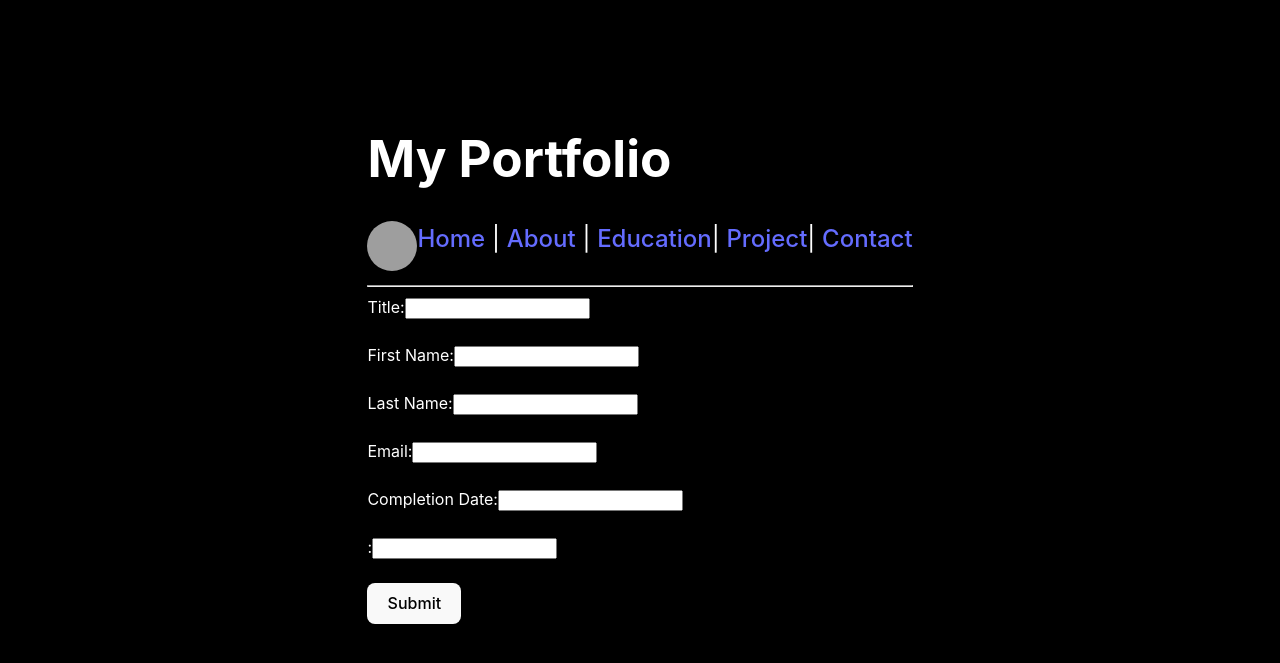
Repository: aislandmin/Personal-Portfolio-Express-MongoDB
Page: /project (app in client/)
These files come from the project's save history. The page is drawn as it stood at one moment and after the next save; the edit follows.
The browser window is 1280 px wide. The pictures show the whole page.
Pictures or frames that could not be fetched are drawn as grey boxes. The project was rebuilt for these pictures with package versions that can differ from the ones it lists, and the page was loaded fresh each time. Also part of the build but not shown: client/vite.config.js, client/components/Home.jsx, client/src/about.css, client/src/about.jsx, client/contact/api-contact.js, client/src/contact.jsx, client/qualification/api-qualification.js, client/src/education.jsx.

Above is the page before, as saved 2024-10-12 00:54:24.

### client/src/App.jsx
import React from 'react';
import { BrowserRouter as Router } from 'react-router-dom';
//import { ThemeProvider } from '@material-ui/styles';
import MainRouter from '../MainRouter';
//import Contact from './contact'
//import theme from '../theme';
//import { hot } from 'react-hot-loader'
const App = () => {
 return (
 <Router>

 <MainRouter />

 </Router>
 );
};
export default App;

### client/src/index.css
:root {
  font-family: Inter, system-ui, Avenir, Helvetica, Arial, sans-serif;
  line-height: 1.5;
  font-weight: 400;

  color-scheme: light dark;
  color: rgba(255, 255, 255, 0.87);
  background-color: #242424;

  font-synthesis: none;
  text-rendering: optimizeLegibility;
  -webkit-font-smoothing: antialiased;
  -moz-osx-font-smoothing: grayscale;
}

a {
  font-weight: 500;
  color: #646cff;
  text-decoration: inherit;
}
a:hover {
  color: #535bf2;
}

body {
  margin: 0;

  place-items: center;
  min-width: 320px;
  min-height: 100vh;
  background-color:black;
  color:white;
  align-content: center;
}

h1 {
  font-size: 3.2em;
  line-height: 1.1;
}

button {
  border-radius: 8px;
  border: 1px solid transparent;
  padding: 0.6em 1.2em;
  font-size: 1em;
  font-weight: 500;
  font-family: inherit;
  background-color: #1a1a1a;
  cursor: pointer;
  transition: border-color 0.25s;
}
button:hover {
  border-color: #646cff;
}
button:focus,
button:focus-visible {
  outline: 4px auto -webkit-focus-ring-color;
}

@media (prefers-color-scheme: light) {
  :root {
    color: #213547;
    background-color: #ffffff;
  }
  a:hover {
    color: #747bff;
  }
  button {
    background-color: #f9f9f9;
  }
}

nav {
float:right;
font-size:x-large;

}






.bg{
  position:absolute;
  top: -4em;
  right: 0;
  z-index: -1;
  object-fit: cover;
  height: 100vh;

}

.introContent {
  height: 100vh;
  width: 100vw;
  padding: 3em;
  padding-top: 1em;
  font-size: 3em;
  font-weight: 700;

  justify-content: center;
}

.hello {
  font-size: 1.75rem;
  font-weight:100px;
}

.introName {
  color: Blue;
}


.introPara {
  font-size: 40px;
  font-weight: 100;
}

.btn {
  background: white;
  margin: 1rem 0;
  padding: 0.75rem 1.5rem;
  border: none;
  border-radius: 2rem;
}


.btnImg{
  object-fit: cover;
  margin: 0 0.25rem;
  height: 1rem;
}

@media screen and (max-width:480px){
  .bg {
    right: -20vw
  }
}

img{
border-radius: 90%;
size: 40px;

}

html{
  scroll-behavior: smooth;
  overflow-x: hidden;
  overflow-y: scroll;
  margin-left: auto;
  margin-right: auto;
}

### client/MainRouter.jsx
import React from 'react'
import { Route, Routes } from 'react-router-dom'
import Home from './components/Home'
import About from './src/about'
import Contact from './src/contact'
import Education from './src/education'
import Project from './src/project'
import Layout from './components/layout'
const MainRouter = () => {
 return (<div>
 <Layout/>
 <Routes>

<Route exact path="/" element={<Home />} />
<Route exact path="/about" element={<About />} />
<Route exact path="/education" element={<Education />} />
<Route exact path="/project" element={<Project />} />
<Route exact path="/contact" element={<Contact />} />

 </Routes>
 </div>
 )
}
export default MainRouter

### client/src/project.jsx
/*import project1 from '../src/assets/project1.png';
import project2 from '../src/assets/project2.jpg';
import project3 from '../src/assets/project3.jpg';
import project4 from '../src/assets/project4.jpg';
import project5 from '../src/assets/project5.jpg';
import project6 from '../src/assets/project6.jpg';
import { Link } from 'react-router-dom';
import '../src/index.css'
import '../src/project.css'
import projectn2 from '../src/assets/projectn2.jfif';
export default function Project() {
     return <>

     <section id="works">

          <h2 className="worksTitle">Projects</h2>
          <div>
    <img src={projectn2} alt="contact1" className="worksImg"  width="1500px" height="80px"/><br/><br/>
    </div>
          <span className="worksDesc">I take pride in paying attention to the smallest details and making sure my work is pixel perfect/
          I am excited to bring my skills and experience to help businesses achieve their goals and create a strong online presence.</span>
          <div className="worksImgs">
                   <img src={project1} alt="project1" className="worksImg" /><br/><br/>
                   <img src={project2} alt="project2" className="worksImg" /><br/><br/>
                   <img src={project3} alt="project3" className="worksImg" /><br/><br/>
                   <img src={project4} alt="project4" className="worksImg" /><br/><br/>
                   <img src={project5} alt="project5" className="worksImg" /><br/><br/>
                   <img src={project6} alt="project6" className="worksImg" /><br/><br/>


               </div>
               <form id="ppy">

                    <label htmlFor="myTitle"> *Title: </label>
				<input type="text" id="myTitle" name="myTitle" required="required" autoFocus /> <br /> <br />


				<label htmlFor="myFName"> *First Name: </label>
				<input type="text" id="myFName" name="myFName" required="required" autoFocus /> <br /> <br />

				<label htmlFor="myLName"> *Last Name: </label>
				<input type="text" id="myLName" name="myLName" required="required" /> <br /> <br />


				<label htmlFor="myEmail"> *Email: </label>
				<input type="email" id="myEmail" name="myEmail" required="required" /> <br /> <br />

                    <label htmlFor="myDate"> *Completion Date: </label>
				<input type="date" id="myDate" name="myDate" required="required" /> <br /> <br />

                    <label htmlFor="myDescription"> *Description: </label>
				<input type="text" id="myDescription" name="myDescription" required="required" /> <br /> <br />

				<input type="submit" className="submit" value="Submit" /> <br />


		</form>
         <br/>
          <button className="workBtn">See More</button>


     </section>


     </>
    }
    */
    import React, { useState } from "react";
    import { useForm } from "react-hook-form";
    import {create} from '../project/api-project.js'

    export default function Project() {
      const [values, setValues] = useState({
          title:"",
        firstname: "",
        lastname: "",
        email: "",
        completion:"",
        description:""
        //error: "",
        //redirectToReferrer: false,
      });

      // Destructuring methods from react-hook-form
      const { register, handleSubmit, formState: { errors } } = useForm();

      // Submission function for the form
      const submitForm = () => {
        // Logging form values on submit
        const project = {
          firstname: values.firstname || undefined,
          lastname: values.lastname || undefined,
          email: values.email || undefined,
          completion: values.email || undefined,
          description: values.email || undefined,
          //error: values.error || undefined,
          //redirectToReferrer: values.redirectToReferrer || undefined,
        };

        console.log(project);
        create(project);

        // Optionally, set the values state here if you need to update it

      };

      const handleChange = name => event => {
        setValues({ ...values, [name]: event.target.value })
      }
      return (
        <form onSubmit={handleSubmit(submitForm)}>

          {/* Title */}
          <label htmlFor="title">Title:</label>
          <input
            {...register("title", { required: "title name is required" })}
            value={values.title} onChange={handleChange('title')}
          />
          {errors.title && <p>{errors.title.message}</p>}
          <br /><br />

          {/* First Name */}
          <label htmlFor="firstname">First Name:</label>
          <input
            {...register("firstname", { required: "First name is required" })}
            value={values.firstname} onChange={handleChange('firstname')}
          />
          {errors.firstname && <p>{errors.firstname.message}</p>}
          <br /><br />

          {/* Last Name */}
          <label htmlFor="lastname">Last Name:</label>
          <input
            {...register("lastname", { required: "Last name is required" })}
            value={values.lastname} onChange={handleChange('lastname')}
          />
          {errors.lastname && <p>{errors.lastname.message}</p>}
          <br /><br />

          {/* Email */}
          <label htmlFor="email">Email:</label>
          <input
            type="email"
            {...register("email", { required: "Email is required" } )}
            value={values.email} onChange={handleChange('email')}
          />
          {errors.email && <p>{errors.email.message}</p>}
          <br /><br />

    {/* Completion Date */}
    <label htmlFor="completion">Completion Date:</label>
          <input
            {...register("completion", { required: "Completion Date is required" })}
            value={values.completion} onChange={handleChange('completion')}
          />
          {errors.completion && <p>{errors.completion.message}</p>}
          <br /><br />

    {/* Description */}
    <label htmlFor="description">:</label>
          <input
            {...register("firstname", { required: "First name is required" })}
            value={values.firstname} onChange={handleChange('firstname')}
          />
          {errors.firstname && <p>{errors.firstname.message}</p>}
          <br /><br />

          {/* Submit Button */}
          <button type="submit">Submit</button>
        </form>
      );
    }

### client/components/layout.jsx
import React from 'react';
import { Link } from 'react-router-dom';
import football1 from '../src/assets/app.png';
export default function Layout() {
 return (
 <>

 <h1>My Portfolio</h1>

 < img src={football1}alt="football" className="football" width="50px" height="50px"/>
 <nav>

 <Link to="/">Home</Link> | <Link to="/about">About</Link> | <Link to="/education">Education</Link>| <Link to="/project">Project</Link>| <Link to="/contact">Contact</Link>
 </nav>

<br/>
 <hr />

 </>

 );
}

### client/project/api-project.js
const create = async (user) => {
    try {
    let response = await fetch('/api/projects/', {
    method: 'POST',
    headers: {
    'Accept': 'application/json',
    'Content-Type': 'application/json'
    },
    body: JSON.stringify(user)
    })
    return await response.json()
    } catch(err) {
    console.log(err)
    }
    }
    const list = async (signal) => {
    try {
    let response = await fetch('/api/projects/', {
    method: 'GET',
    signal: signal,
    })
    return await response.json()
    } catch(err) {
    console.log(err)
    }
    }
    const read = async (params, credentials, signal) => {
    try {
    let response = await fetch('/api/projects/' + params.userId, {
    method: 'GET',
    signal: signal,
    headers: {
    'Accept': 'application/json',
    'Content-Type': 'application/json',
    'Authorization': 'Bearer ' + credentials.t
    }
    })
    return await response.json()
    } catch(err) {
    console.log(err)
    }
    }
    const update = async (params, credentials, user) => {
    try {
    let response = await fetch('/api/projects/' + params.userId, {
    method: 'PUT',
    headers: {
    'Accept': 'application/json',
    'Content-Type': 'application/json',
    'Authorization': 'Bearer ' + credentials.t
    },
    body: JSON.stringify(user)
    })
    return await response.json()
    } catch(err) {
    console.log(err)
    }
    }
    const remove = async (params, credentials) => {
    try {
    let response = await fetch('/api/projects/' + params.userId, {
    method: 'DELETE',
    headers: {
    'Accept': 'application/json',
    'Content-Type': 'application/json',
    'Authorization': 'Bearer ' + credentials.t
    }
    })
    return await response.json()
    } catch(err) {
    console.log(err)
    }
    }
    export { create, list, read, update, remove }

Loaded but not shown: client/index.html (common file); client/src/main.jsx (common file)

After the next save:
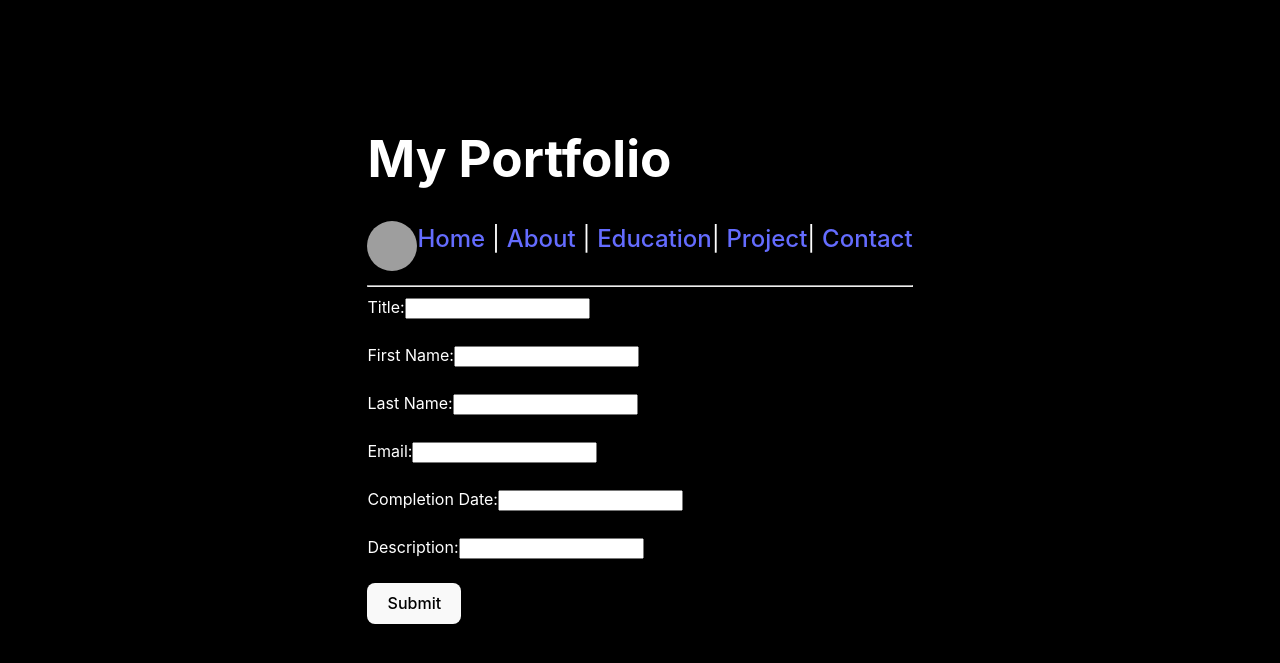
Saved 5 s later.
--- a/client/src/project.jsx
+++ b/client/src/project.jsx
@@ -157,7 +157,7 @@ export default function Project() {
           <br /><br />
 
     {/* Description */}
-    <label htmlFor="description">:</label>
+    <label htmlFor="description">Description:</label>
           <input
             {...register("firstname", { required: "First name is required" })}
             value={values.firstname} onChange={handleChange('firstname')}
